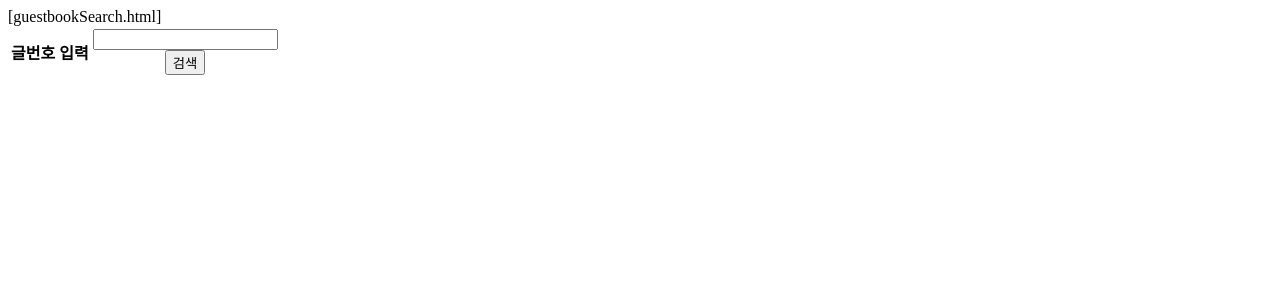
Repository: Gmajorlist/HTML
Page: guestbookServlet/src/main/webapp/guestbook/guestbookSearch.html
An editor plug-in stored every save of this project. The page is shown before and after the next save, followed by the edit.
The browser window is 1280 px wide. The pictures show the whole page.

Above is the page before, as saved 2023-03-02 01:52:28.

After the next save:
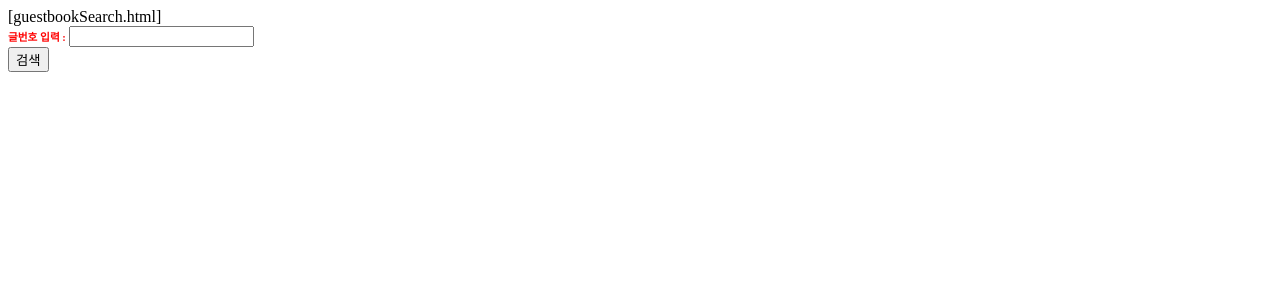
Saved 2 min 8 s later.
--- a/guestbookServlet/src/main/webapp/guestbook/guestbookSearch.html
+++ b/guestbookServlet/src/main/webapp/guestbook/guestbookSearch.html
@@ -15,16 +15,11 @@ div {
 </head>
 <body style="background-color: white;">
 <form name="guestbookSearchForm" method="post" action="/guestbookServlet/GuestbookSearchServlet">
-<table>
-<tr>
-   <th>글번호 입력</th>
-   	<td colspan="2" align="center">
-      <input type="text" name="seq" id="seq" >
+<div>
+글번호 입력 : <input type="text" name="seq" id="seq" >
       <div id="seqDiv"></div>
       <input type="button" value="검색" onclick="search()">
-   </td> <!--SUBMIT은 그냥 넘어가서 BUTTON으로함  -->
-</tr>
-</table>
+</div>    <!--SUBMIT은 그냥 넘어가서 BUTTON으로함  -->
 </form>
 <script type="text/javascript">
 function search() {
